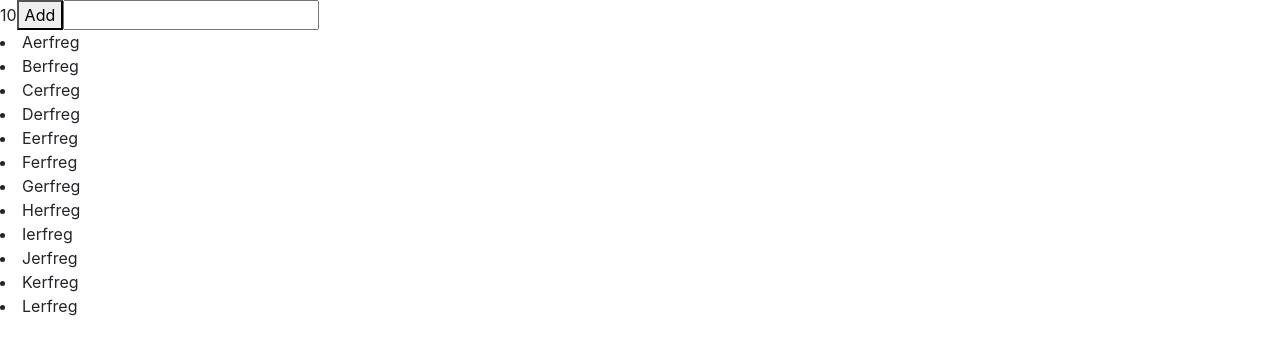
Repository: striver-69/courses
Page: /
The author's editor kept a copy of each file at every save. The page is drawn from the files as they stood at one save, then again after the next save.
The browser window is 1280 px wide. The pictures show the whole page.
The project was rebuilt for these pictures with package versions that can differ from the ones it lists, and the page was loaded fresh each time.

Above is the page before, as saved 2021-04-08 05:31:55.

### src/App.js
import React, { Component } from 'react'
import Dropdown from './Dropdown'

export class App extends Component {
  render() {
    return (
      <div>
        <Dropdown/>
      </div>
    )
  }
}

export default App

### src/Dropdown.js
import React, { Component } from 'react'

let courses=[
  {id:1,name:'Aerfreg'},{id:2,name:'Berfreg'},{id:3,name:'Cerfreg'},{id:4,name:'Derfreg'},{id:5,name:'Eerfreg'},{id:6,name:'Ferfreg'},{id:7,name:'Gerfreg'},{id:8,name:'Herfreg'},{id:9,name:'Ierfreg'},{id:10,name:'Jerfreg'},{id:11,name:'Kerfreg'},{id:12,name:'Lerfreg'},
]

export class Dropdown extends Component {
  constructor(props)
  {
    super(props)
    this.state={count:10,courses:[],search:''}
  }

  componentDidMount(){
    this.setState({
      courses:courses
    })
  }
  render() {
    const handleClick=(val)=>{
      this.setState({
        count:this.state.count+val
      })
    }
    return (
      <div>
        {this.state.count}
        <button onClick={()=>handleClick(10)}>Add</button>
        <input type="text" value={this.state.search} onChange={(e)=>this.setState({search:e.target.value})}/>
        {
          this.state.courses.map((course)=>{
            return <li key={course.id}>{course.name}</li>
          })
        }
      </div>
    )
  }
}

export default Dropdown

Loaded but not shown: public/index.html (common file); src/index.js (common file); src/index.css (common file); src/reportWebVitals.js (common file)

After the next save:
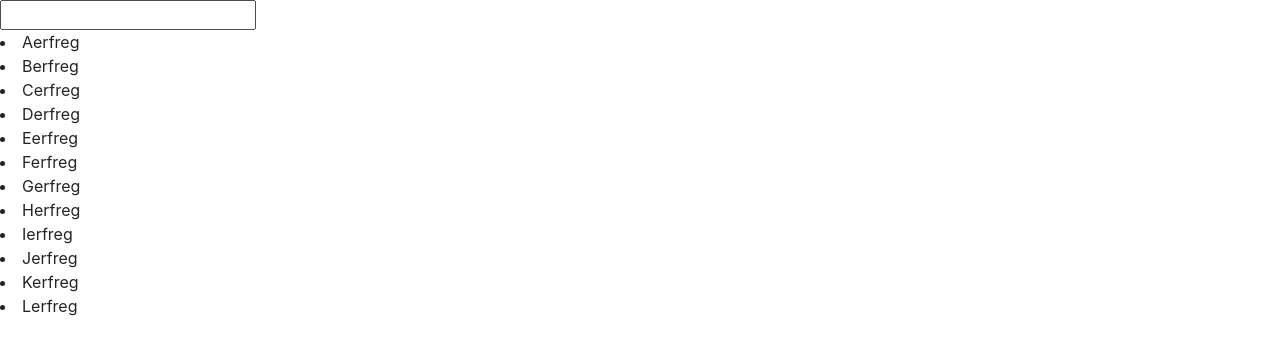
Saved 31 s later.
--- a/src/Dropdown.js
+++ b/src/Dropdown.js
@@ -24,8 +24,6 @@ export class Dropdown extends Component {
     }
     return (
       <div>
-        {this.state.count}
-        <button onClick={()=>handleClick(10)}>Add</button>
         <input type="text" value={this.state.search} onChange={(e)=>this.setState({search:e.target.value})}/>
         {
           this.state.courses.map((course)=>{
